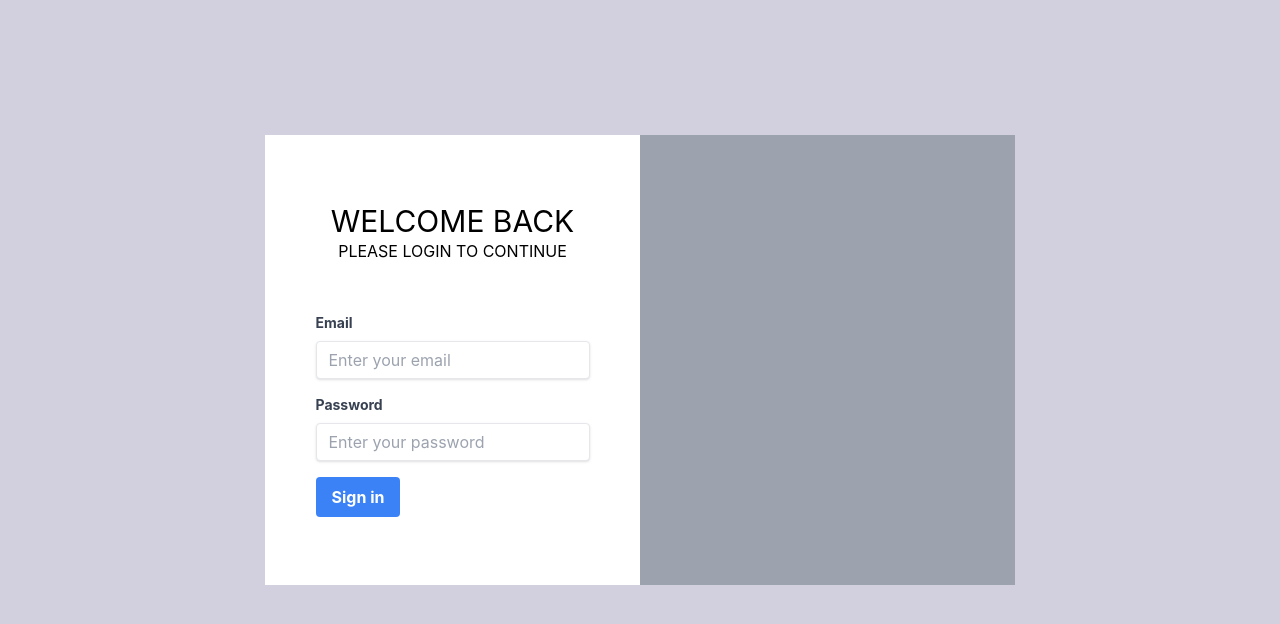
Repository: cosmicswati/upgrad-captions-project
Page: /
The author's editor kept a copy of each file at every save. The page is drawn from the files as they stood at one save, then again after the next save.
The browser window is 1280 px wide. The pictures show the whole page.
The project was rebuilt for these pictures with package versions that can differ from the ones it lists, and the page was loaded fresh each time.

Above is the page before, as saved 2024-04-08 19:27:40.

After the next save:
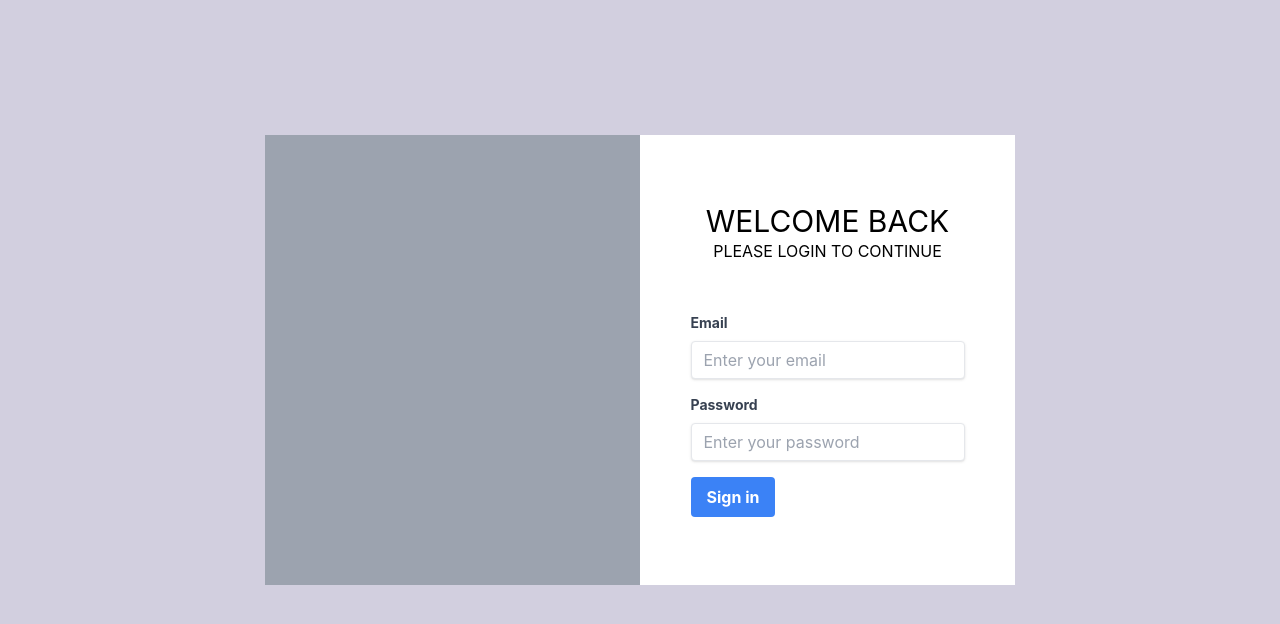
Saved 13 s later.
--- a/src/modules/Authorization/Form.jsx
+++ b/src/modules/Authorization/Form.jsx
@@ -8,7 +8,7 @@ const Form = ({
   return (
     <div className='bg-[#d2cfdf] h-screen w-full flex justify-center items-center'>
       <div className='h-[450px] w-[750px] bg-white flex justify-center items-center'>
-      <div className={`h-full w-full flex flex-col justify-center items-center ${!isSignInPage && 'order-1'} `}>
+      <div className={`h-full w-full flex flex-col justify-center items-center ${!isSignInPage && 'order-2'} `}>
          <div className='text-3xl'>WELCOME BACK</div>
          <div className='mb-[50px]'>PLEASE LOGIN TO CONTINUE</div>
          <form>
